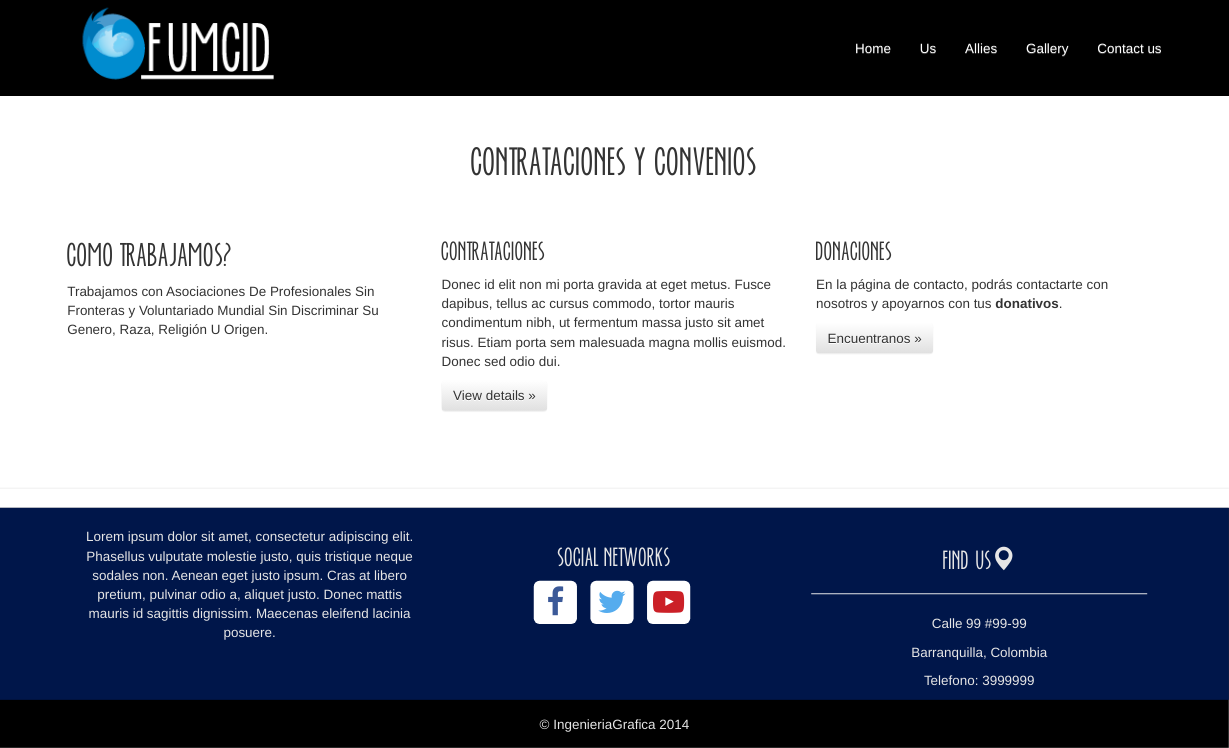
Repository: aarguelles93/Prototipo-portal-FUMCID
Page: http://localhost/contrataciones.php
The author's editor kept a record of every edit. The page is drawn from the files as they stood at one moment, then again after the next edit.
The browser window is 1280 px wide. The pictures show the whole page, at 96% of full size.
Some web libraries are served in a nearby version. The page is run by PHP 8.4 with error messages shown; the project is at /var/www/html/.

Above is the page before.

After the next edit:
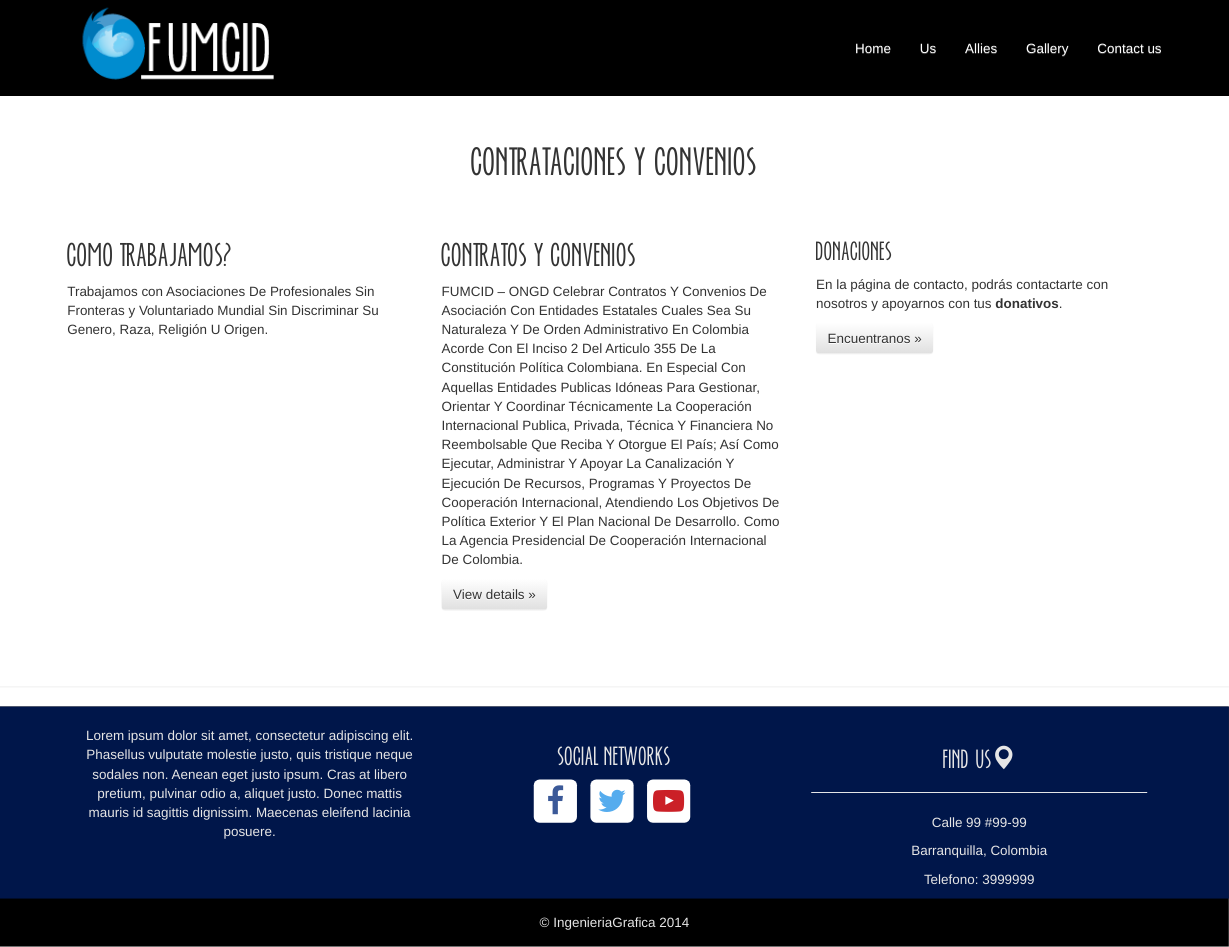
The edit:
--- a/contrataciones.php
+++ b/contrataciones.php
@@ -26,8 +26,8 @@
           <p>Trabajamos con Asociaciones De Profesionales Sin Fronteras y  Voluntariado Mundial Sin Discriminar Su Genero, Raza, Religión U Origen.</p>
         </div>
         <div class="col-md-4">
-          <h3>Contrataciones</h3>
-          <p>Donec id elit non mi porta gravida at eget metus. Fusce dapibus, tellus ac cursus commodo, tortor mauris condimentum nibh, ut fermentum massa justo sit amet risus. Etiam porta sem malesuada magna mollis euismod. Donec sed odio dui. </p>
+          <h2>Contratos y convenios</h2>
+          <p>FUMCID – ONGD Celebrar Contratos Y Convenios De Asociación Con Entidades Estatales Cuales Sea Su Naturaleza Y De Orden Administrativo En Colombia Acorde Con El Inciso 2 Del Articulo 355 De La Constitución Política Colombiana. En Especial Con Aquellas Entidades Publicas Idóneas Para Gestionar, Orientar Y Coordinar Técnicamente La Cooperación Internacional Publica, Privada, Técnica Y Financiera No Reembolsable Que Reciba Y Otorgue El País; Así Como Ejecutar, Administrar Y Apoyar La Canalización Y Ejecución De Recursos, Programas Y Proyectos De Cooperación Internacional, Atendiendo Los Objetivos De Política Exterior Y El Plan Nacional De Desarrollo. Como La Agencia Presidencial De Cooperación Internacional De Colombia.</p>
           <p><a class="btn btn-default" href="#" role="button">View details &raquo;</a></p>
        </div>
         <div class="col-md-4">
